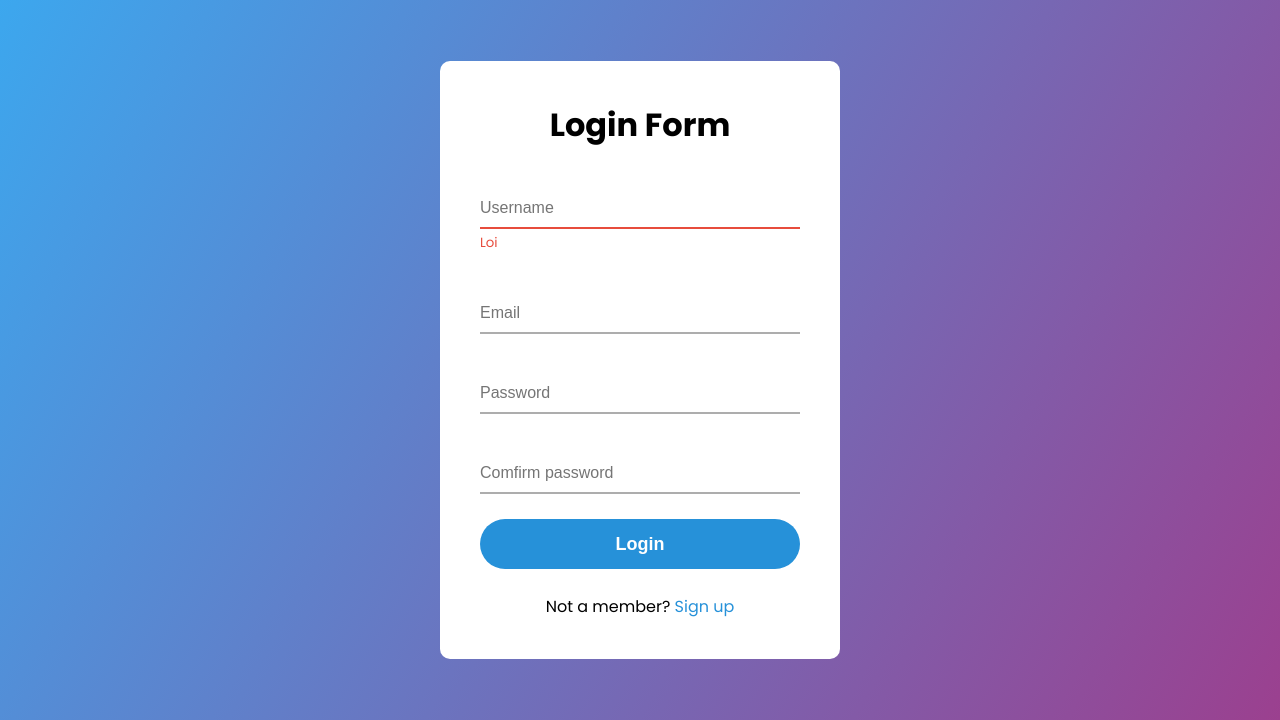
Repository: QUANGTHAI2003/Form-Validation
Page: index.html
An editor plug-in stored every save of this project. The page is shown before and after the next save, followed by the edit.
The browser window is 1280 px wide. The pictures show the whole page.

Above is the page before, as saved 2022-03-13 15:05:42.

### index.html
<!DOCTYPE html>
<html lang="en">
    <head>
        <meta charset="UTF-8" />
        <meta http-equiv="X-UA-Compatible" content="IE=edge" />
        <meta name="viewport" content="width=device-width, initial-scale=1.0" />
        <title>Document</title>
        <link rel="stylesheet" href="./style.css" />
    </head>
    <body>
        <div class="container">
            <h1>Login Form</h1>
            <div class="form-control">
                <input id="username" type="text" placeholder="Username" />
                <small></small>
                <span></span>
            </div>
            <div class="form-control">
                <input id="email" type="email" placeholder="Email" />
                <small></small>
                <span></span>
            </div>
            <div class="form-control">
                <input id="password" type="password" placeholder="Password" />
                <small></small>
                <span></span>
            </div>
            <div class="form-control">
                <input id="confirm-password" type="password" placeholder="Comfirm password" />
                <small></small>
                <span></span>
            </div>
            <button type="submit" class="btn-submit">Login</button>
            <div class="signup-link">Not a member? <a href="#">Sign up</a></div>
        </div>
        <script src="./app.js"></script>
    </body>
</html>

### style.css
@import url('https://fonts.googleapis.com/css2?family=Poppins:wght@300;400;500;600;700&display=swap');

:root {
    --success-color: #2691d9;
    --error-color: #e74c3c;
}

* {
    margin: 0;
    padding: 0;
    box-sizing: border-box;
}

body {
    height: 100vh;
    background: linear-gradient(120deg, #3ca7ee, #9b408f);
    overflow: hidden;
    font-family: 'Poppins';
    display: flex;
    justify-content: center;
    align-items: center;
}

.container {
    width: 400px;
    border: none;
    border-radius: 10px;
    background: #fff;
    padding: 40px;
}

.container h1 {
    text-align: center;
}

.form-control {
    width: 100%;
    position: relative;
    margin-top: 40px;
}

.form-control input {
    width: 100%;
    height: 40px;
    font-size: 16px;
    border: none;
    outline: none;
    border-bottom: 2px solid #adadad;
}

.form-control span {
    position: absolute;
    border-bottom: 3px solid var(--success-color);
    top: 38px;
    left: 0;
    right: 0;
    width: 0%;
    transition: 0.6s;
}

.form-control input:focus~span {
    width: 100%;
}

.form-control.error small {
    color: var(--error-color);
}

.form-control.error input {
    border-bottom: 2px solid var(--error-color);
}

.btn-submit {
    width: 100%;
    height: 50px;
    border-radius: 25px;
    border: none;
    outline: none;
    background: var(--success-color);
    color: white;
    font-size: 18px;
    font-weight: bold;
    margin: 25px 0;
    transition: 0.3s;
}

.btn-submit:hover {
    background: #08609a;
}

.signup-link {
    text-align: center;
}

.signup-link a {
    color: var(--success-color);
    text-decoration: none;
    cursor: pointer;
}

.signup-link a:hover {
    text-decoration: underline;
}

### app.js
var username = document.querySelector('#username');
var email = document.querySelector('#email');
var password = document.querySelector('#password');
var confirmPassword = document.querySelector('#confirmPassword');

function showError(input, message) {
    const formControl = input.parentElement
    formControl.className = 'form-control error'
    const small = formControl.querySelector('small')
    small.innerText = message
}

showError(username, 'Loi');

After the next save:
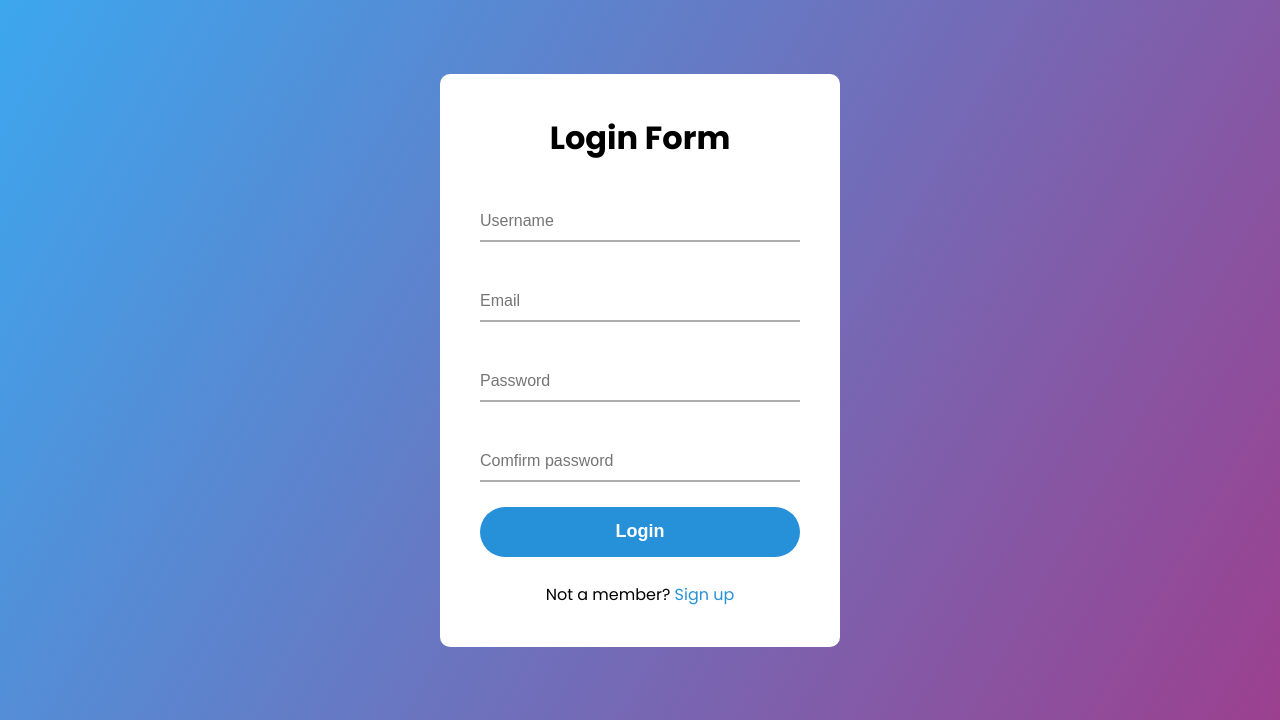
Console error: TypeError: Cannot read properties of null (reading 'addEventListener')
Saved 19 s later.
--- a/app.js
+++ b/app.js
@@ -1,8 +1,10 @@
-var username = document.querySelector('#username');
-var email = document.querySelector('#email');
-var password = document.querySelector('#password');
-var confirmPassword = document.querySelector('#confirmPassword');
+const form = document.querySelector('form')
+const username = document.getElementById('username')
+const email = document.getElementById('email')
+const password = document.getElementById('password')
+const password2 = document.getElementById('password2')
 
+// Show input error message
 function showError(input, message) {
     const formControl = input.parentElement
     formControl.className = 'form-control error'
@@ -10,4 +12,78 @@ function showError(input, message) {
     small.innerText = message
 }
 
-showError(username, 'Loi');
+// Show success outline
+function showSuccess(input) {
+    const formControl = input.parentElement
+    formControl.className = 'form-control success'
+    const small = formControl.querySelector('small')
+    small.innerText = ''
+}
+
+// Check email is valid
+function checkEmail(input) {
+    const re =
+        /^(([^<>()\[\]\\.,;:\s@"]+(\.[^<>()\[\]\\.,;:\s@"]+)*)|(".+"))@((\[[0-9]{1,3}\.[0-9]{1,3}\.[0-9]{1,3}\.[0-9]{1,3}\])|(([a-zA-Z\-0-9]+\.)+[a-zA-Z]{2,}))$/
+
+    if (re.test(input.value.trim())) {
+        showSuccess(input)
+    } else {
+        showError(input, 'Email is not valid')
+    }
+}
+
+// Check required fields
+function checkRequired(inputArr) {
+    let isRequired = false
+    inputArr.forEach(function (input) {
+        if (input.value.trim() === '') {
+            showError(input, `${getFieldName(input)} is required`)
+            isRequired = true
+        } else {
+            showSuccess(input)
+        }
+    })
+
+    return isRequired
+}
+
+// Check input length
+function checkLength(input, min, max) {
+    if (input.value.length < min) {
+        showError(
+            input,
+            `${getFieldName(input)} must be at least ${min} characters`
+        )
+    } else if (input.value.length > max) {
+        showError(
+            input,
+            `${getFieldName(input)} must be less than ${max} characters`
+        )
+    } else {
+        showSuccess(input)
+    }
+}
+
+// Check passwords match
+function checkPasswordsMatch(input1, input2) {
+    if (input1.value !== input2.value) {
+        showError(input2, 'Passwords do not match')
+    }
+}
+
+// Get fieldname
+function getFieldName(input) {
+    return input.id.charAt(0).toUpperCase() + input.id.slice(1)
+}
+
+// Event listeners
+form.addEventListener('submit', function (e) {
+    e.preventDefault()
+
+    if (!checkRequired([username, email, password, password2])) {
+        checkLength(username, 3, 15)
+        checkLength(password, 6, 25)
+        checkEmail(email)
+        checkPasswordsMatch(password, password2)
+    }
+})

After the 2 saves that followed:
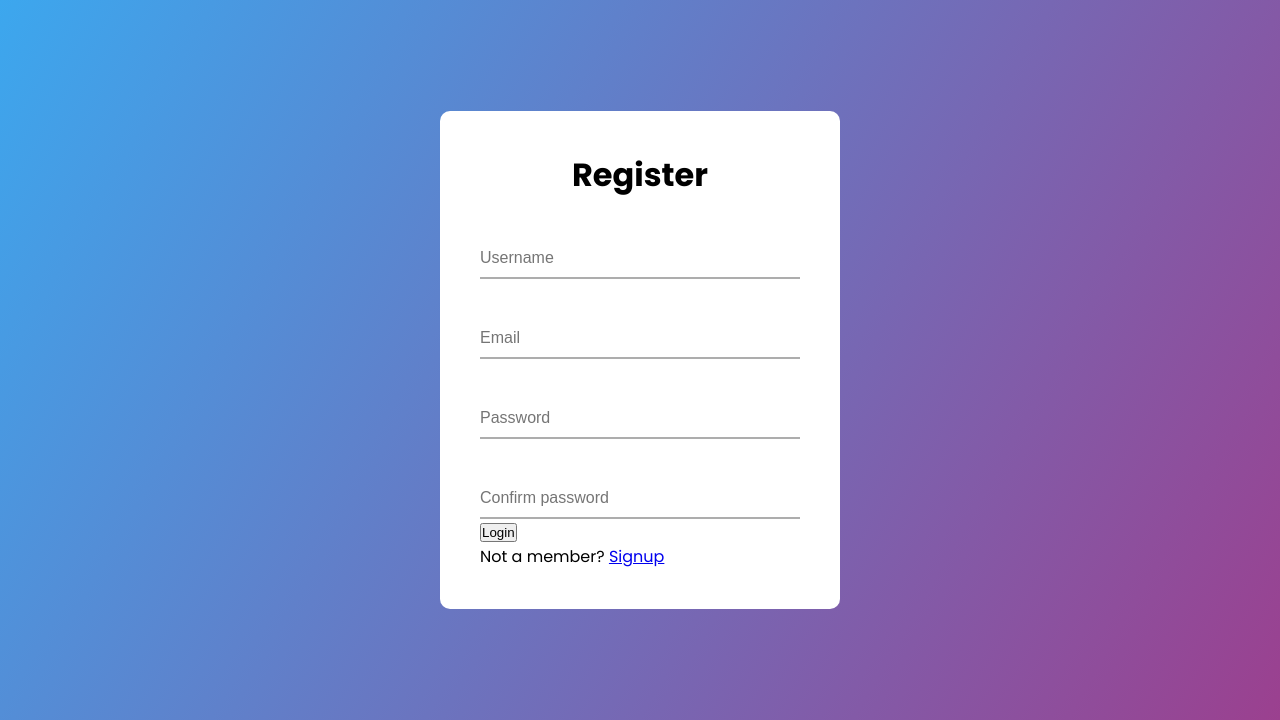
The error is gone.
The 2 saves are shown as one change because 1 left the picture as it was.
The last was saved 45 s later.
--- a/index.html
+++ b/index.html
@@ -4,35 +4,38 @@
         <meta charset="UTF-8" />
         <meta http-equiv="X-UA-Compatible" content="IE=edge" />
         <meta name="viewport" content="width=device-width, initial-scale=1.0" />
-        <title>Document</title>
-        <link rel="stylesheet" href="./style.css" />
+        <title>Register Form Validator</title>
+        <link rel="stylesheet" href="style.css" />
     </head>
     <body>
         <div class="container">
-            <h1>Login Form</h1>
-            <div class="form-control">
-                <input id="username" type="text" placeholder="Username" />
-                <small></small>
-                <span></span>
-            </div>
-            <div class="form-control">
-                <input id="email" type="email" placeholder="Email" />
-                <small></small>
-                <span></span>
-            </div>
-            <div class="form-control">
-                <input id="password" type="password" placeholder="Password" />
-                <small></small>
-                <span></span>
-            </div>
-            <div class="form-control">
-                <input id="confirm-password" type="password" placeholder="Comfirm password" />
-                <small></small>
-                <span></span>
-            </div>
-            <button type="submit" class="btn-submit">Login</button>
-            <div class="signup-link">Not a member? <a href="#">Sign up</a></div>
+            <h1>Register</h1>
+            <form>
+                <div class="form-control">
+                    <input type="text" id="username" placeholder="Username" />
+                    <span></span>
+                    <small></small>
+                </div>
+                <div class="form-control">
+                    <input type="email" id="email" placeholder="Email" />
+                    <span></span>
+                    <small></small>
+                </div>
+                <div class="form-control">
+                    <input type="password" id="password" placeholder="Password" />
+                    <span></span>
+                    <small></small>
+                </div>
+                <div class="form-control">
+                    <input type="password" id="password2" placeholder="Confirm password" />
+                    <span></span>
+                    <small></small>
+                </div>
+                <input type="submit" value="Login" />
+                <div class="signup_link">Not a member? <a href="#">Signup</a></div>
+            </form>
         </div>
-        <script src="./app.js"></script>
+
+        <script src="app.js"></script>
     </body>
 </html>
